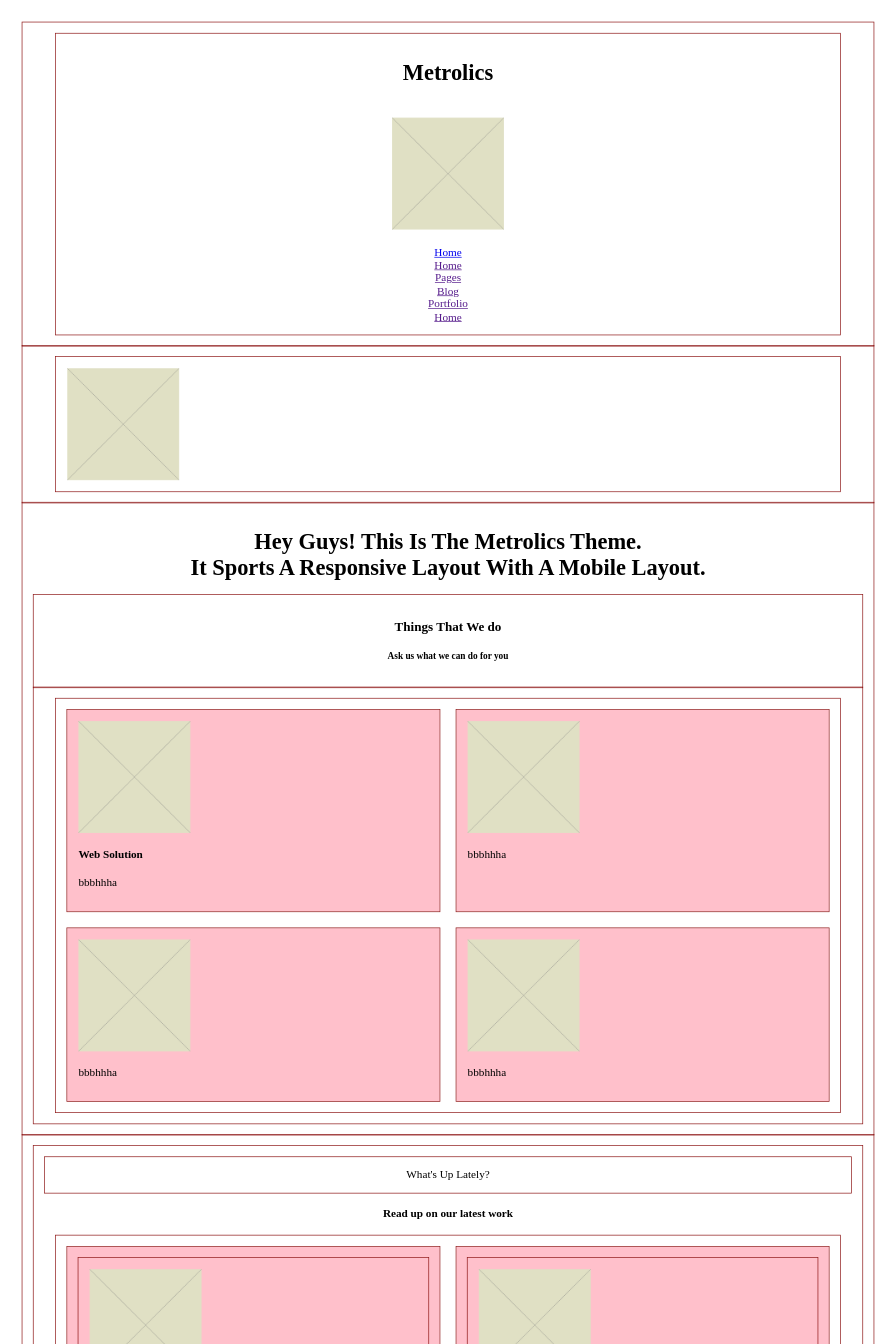
Repository: kionale/Project1_Lab3_ResponsiveLayout
Page: index.html
These files come from the project's save history. The page is drawn as it stood at one moment and after the next save; the edit follows.
The browser window is 1280 px wide. The pictures show the part of the page from y = 0 to 1920 px (the page is 6318 px tall before and 6211 px after), at 70% of full size.

Above is the page before, as saved 2023-01-31 17:12:19.

### index.html
<!doctype html>
<html class="no-js" lang="">

<head>
  <meta charset="utf-8">
  <title></title>
  <meta name="description" content="">
  <meta name="viewport" content="width=device-width, initial-scale=1">

  <meta property="og:title" content="">
  <meta property="og:type" content="">
  <meta property="og:url" content="">
  <meta property="og:image" content="">

  <link rel="manifest" href="site.webmanifest">
  <link rel="apple-touch-icon" href="icon.png">
  <!-- Place favicon.ico in the root directory -->

  <link rel="stylesheet" href="css/normalize.css">
  <link rel="stylesheet" href="css/main.css">

  <meta name="theme-color" content="#fafafa">
</head>


<body class="page page-home">
  <header class="header page__header">
    <div class="row">
      <h1>Metrolics</h1>
      <a href=""><img src="img/placeholder.png"></a>
      <nav class="navbar-links">
        <ul>
          <a href="#">
            <li>Home</li>
          </a>
          <a href="">
            <li>Home</li>
          </a>
          <a href="">
            <li>Pages</li>
          </a>
          <a href="">
            <li>Blog</li>
          </a>
          <a href="">
            <li>Portfolio</li>
          </a>
          <a href="">
            <li>Home</li>
          </a>
        </ul>
      </nav>
    </div>

  </header>

  <div class="page__slider">
    <div class="row slides">
      <img src="img/placeholder.png" alt="">
    </div>
  </div>
  </div>

  <div class="page__intro">
    <h1 class="header page__heading">
      Hey guys! This is the <span>Metrolics</span> theme.<br>
      It sports a responsive layout with a mobile layout.
    </h1>
    <div class="subheading page_subheading">
      <h3>
        Things That We do
      </h3>
      <h5>Ask us what we can do for you</h5>

    </div>
    <div class="feature__service">
      <div class="row m-col-2 l-col-4">
        <div class="col">
          <img class="feature__servic__images" src="img/placeholder.png" alt="">
          <h4 class="heading feature__servic__title">Web Solution</h4>
          <p class="feature__servic__content">
            bbbhhha
          </p>
        </div>
        <div class="col">
          <img class="feature__servic__images" src="img/placeholder.png" alt="">
          <h4 class="heading feature__servic__title"></h4>
          <p class="feature__servic__content">
            bbbhhha
          </p>
        </div>
        <div class="col">
          <img class="feature__servic__images" src="img/placeholder.png" alt="">
          <h4 class="heading feature__servic__title"></h4>
          <p class="feature__servic__content">
            bbbhhha
          </p>
        </div>
        <div class="col">
          <img class="feature__servic__images" src="img/placeholder.png" alt="">
          <h4 class="heading feature__servic__title"></h4>
          <p class="feature__servic__content">
            bbbhhha
          </p>
        </div>


      </div>
    </div>
  </div>

  <!-- Main content starts here -->
  <main class="page__main">
    <section class="recent__work">
      <header class="header post__header">What's up lately?</header>
      <h4 class="subheading">Read up on our latest work</h4>
      <div class="row m-col-2 l-col-3">
        <div class="col">
          <div>
            <img src="img/placeholder.png" alt="">
            <header class="header recent__work__title">Sample image post</header><br>
            <p>Photography</p>
          </div>
        </div>
        <div class="col">
          <div>
            <img src="img/placeholder.png" alt="">
            <header class="header recent__work__title">Sample image post</header><br>
            <p>Photography</p>
          </div>
        </div>
        <div class="col">
          <div>
            <img src="" alt="">
            <header class="header recent__work__title">Sample image post</header><br>
            <p>Photography</p>
          </div>
        </div>
        <div class="col">
          <div>
            <img src="img/placeholder.png" alt="">
            <header class="header recent__work__title">Sample image post</header><br>
            <p>Photography</p>
          </div>
        </div>
      </div>
    </section>
    <!-- Our Latest Projests -->
    <section class="latest__projects">
      <header class="header latest__projects__header">Our Latest Projects</header>
      <h4 class="subheading">Client happy? We are happy</h4>
      <div class="row m-col-2 l-col-3">
        <div class="col">
          <div>
            <img src="img/placeholder.png" alt="">
            <header class="header latest__project__image">1 Sample image post</header><br>
            <p>1 Photography</p>
          </div>
        </div>
        <div class="col">
          <div>
            <img src="img/placeholder.png" alt="">
            <header class="header latest__project__image">2 Sample image post</header><br>
            <p>2 Photography</p>
          </div>
        </div>
        <div class="col">
          <div>
            <img src="img/placeholder.png" alt="">
            <header class="header latest__project__image">3 Sample image post</header><br>
            <p>3 Photography</p>
          </div>
        </div>
        <div class="col">
          <div>
            <img src="img/placeholder.png" alt="">
            <header class="header latest__project__image">4 Sample image post</header><br>
            <p>4 Photography</p>
          </div>
        </div>
        <div class="col">
          <div>
            <img src="img/placeholder.png" alt="">
            <header class="header latest__project__image">5 Sample image post</header><br>
            <p>5 Photography</p>
          </div>
        </div>
        <div class="col">
          <div>
            <img src="img/placeholder.png" alt="">
            <header class="header latest__project__image">6 Sample image post</header><br>
            <p>6 Photography</p>
          </div>
        </div>
      </div>
    </section>
    <!--Things of Above-->
    <section class="things__of__above">
      <header class="header things__header">Things of above</header>
      <h4 class="subheading">Misc stuff we could not put anywhere else</h4>
      <div class="row m-col-2 l-col-3">
        <div>
          <div class="col">
            <div class="sample__menu things_above_image">Accordion Menu Goes Here
            </div>
            <div class="web__solution">
              <p>Image</p>
              <div>
                <p>Lorem ipsum dolor, sit amet consectetur adipisicing elit. Officiis, distinctio voluptates ipsam hic
                  id
                  culpa illo suscipit voluptatem quam temporibus quo ducimus consectetur alias a inventore corporis quae
                  animi sit?</p>
              </div>
            </div>
          </div>
          <div class="menu__button">
            <div class="col_two sample__menu things__above__image">Sample Accordion Menu
            </div>
          </div>
          <div class="menu__button">
            <div class="col_two sample__menu things__above__image">2 Sample Accordion Menu
            </div>
          </div>
        </div>
        <div class="col">
          <div class="tab__buttons">
            <p>Tabs Go Here</p>
          </div>
          <div class="tab__information">
            <div>
              Image
            </div>
            <p>Lorem ipsum dolor sit amet consectetur adipisicing elit. Asperiores autem explicabo.</p>
          </div>
          <div class="tab__information">
            <div>
              Image
            </div>
            <p>Lorem ipsum dolor sit amet consectetur adipisicing elit. Asperiores autem explicabo.</p>
          </div>
          <div class="tab__information">
            <div>
              Image
            </div>
            <p>Lorem ipsum dolor sit amet consectetur adipisicing elit. Asperiores autem explicabo.</p>
          </div>
          <div class="tab__information">
            <div>
              Image
            </div>
            <p>Lorem ipsum dolor sit amet consectetur adipisicing elit. Asperiores autem explicabo.</p>
          </div>
        </div>
      </div>
      <!--Sponsors-->
      <div class="sponsors">
        <img src="img/placeholder.png" alt="" class="sponsors__icon">
        <img src="img/placeholder.png" alt="" class="sponsors__icon">
        <img src="img/placeholder.png" alt="" class="sponsors__icon">
        <img src="img/placeholder.png" alt="" class="sponsors__icon">
        <img src="img/placeholder.png" alt="" class="sponsors__icon">

    </section>
  </main>
  <!--Footer-->
  <footer>
    <div class="web__author">
      <div>
        <img src="img/placeholder.png" alt="">
      </div>
      <div>
        <h4>Peewee Herman</h4>
        <p>Lorem ipsum dolor, sit amet consectetur adipisicing elit. Officiis, distinctio voluptates ipsam hic
          id
          culpa illo suscipit voluptatem quam temporibus quo ducimus consectetur alias a inventore corporis quae
          animi sit?</p>
      </div>
    </div>
    <div class="footer__extras">
      <div>
        <div>
          <h4>About Us</h4>
          <p>Lorem ipsum dolor, sit amet consectetur adipisicing elit. Officiis, distinctio voluptates ipsam hic
            id
            culpa illo suscipit voluptatem quam temporibus quo ducimus consectetur alias a inventore corporis quae
            animi sit?</p>
        </div>
        <div class="social__link">
          <a href="" class="social__icon">
            <li>Facebook</li>
          </a>
          <a href="" class="social__icon">
            <li>Google</li>
          </a>
          <a href="" class="social__icon">
            <li>Twitter</li>
          </a>
          <a href="" class="social__icon">
            <li>Instagram</li>
          </a>
          <a href="" class="social__icon">
            <li>Volume</li>
          </a>
        </div>
      </div>

      <div>
        <h4>Flickr Photos</h4>
        <img src="img/placeholder.png" alt="">
        <img src="img/placeholder.png" alt="">
        <img src="img/placeholder.png" alt="">
        <img src="img/placeholder.png" alt="">
        <img src="img/placeholder.png" alt="">
        <img src="img/placeholder.png" alt="">
      </div>
      <div>
        <h4>Recent Tweets</h4>
        <div class="recent__tweets">
          <div>
            <img src="img/placeholder.png" alt="">
          </div>
          <div>
            <h4>Peewee Herman</h4>
            <p>Lorem ipsum dolor, sit amet consectetur adipisicing elit. Officiis, distinctio voluptates ipsam hic
              id
              culpa illo suscipit voluptatem quam temporibus quo ducimus consectetur alias a inventore corporis quae
              animi sit?</p>
          </div>
        </div>
        <div class="recent__tweets">
          <div>
            <img src="img/placeholder.png" alt="">
          </div>
          <div>
            <h4>Peewee Herman</h4>
            <p>Lorem ipsum dolor, sit amet consectetur adipisicing elit. Officiis, distinctio voluptates ipsam hic
              id
              culpa illo suscipit voluptatem quam temporibus quo ducimus consectetur alias a inventore corporis quae
              animi sit?</p>
          </div>
        </div>
      </div>
      <div>
        <h4>Newsletter</h4>
        <p>Lorem ipsum dolor, sit amet consectetur adipisicing elit. Officiis, distinctio voluptates ipsam hic
          id
          culpa illo suscipit voluptatem quam temporibus quo ducimus consectetur alias a inventore corporis quae
          animi sit?</p>
        <div class="col_two sample__menu things__above__image">Enter your email...
          <button>+</button>
        </div>
      </div>
    </div>
  </footer>


  <script src="js/vendor/modernizr-3.11.2.min.js"></script>
  <script src="js/plugins.js"></script>
  <script src="js/main.js"></script>

  <!-- Google Analytics: change UA-XXXXX-Y to be your site's ID. -->
  <script>
    window.ga = function () { ga.q.push(arguments) }; ga.q = []; ga.l = +new Date;
    ga('create', 'UA-XXXXX-Y', 'auto'); ga('set', 'anonymizeIp', true); ga('set', 'transport', 'beacon'); ga('send', 'pageview')
  </script>
  <script src="https://www.google-analytics.com/analytics.js" async></script>
</body>

</html>

### css/main.css
::-moz-selection {
  background: #b3d4fc;
  text-shadow: none;
}

::selection {
  background: #b3d4fc;
  text-shadow: none;
}

/*
 * A better looking default horizontal rule
 */

hr {
  display: block;
  height: 1px;
  border: 0;
  border-top: 1px solid #ccc;
  margin: 1em 0;
  padding: 0;
}

audio,
canvas,
iframe,
img,
svg,
video {
  vertical-align: middle;
}

/*
 * Remove default fieldset styles.
 */

fieldset {
  border: 0;
  margin: 0;
  padding: 0;
}

/*
 * Allow only vertical resizing of textareas.
 */

textarea {
  resize: vertical;
}

*,
*::before,
*::after {
  box-sizing: border-box;
}

div,
main,
section,
header,
footer {
  outline: 1px solid rgb(142, 24, 24);
  min-height: 1rem;
  padding: 1rem;
}

.page {
  margin: 0 auto;
  padding: 2rem;
}

.header {
  text-transform: capitalize;
  text-align: center;
}

.subheading {
  text-align: center;
}

ul,
li {
  padding: 0;
  margin: 0;
  list-style: none;
}

.row {
  display: grid;
  row-gap: 1rem;
}

.row_two {
  display: grid;
  row-gap: 1rem;
}

.col {
  position: relative;
  background-color: pink;
}

.col_two {
  background-color: pink;
  height: 6rem;
}

button {
  height: 4rem;
  width: 4rem;
}

/* medium screens and up  */
@media screen and (min-width: 40em) {
  .row {
    max-width: 70rem;
    column-gap: 1.5rem;
    row-gap: 1.5rem;
    margin: 0 auto;
  }



  .m-col-2 {
    grid-template-columns: 1fr 1fr;
  }

  .l-col-3 {
    grid-template-columns: (3, 1fr);
  }

}


.examples {
  display: flex;
  justify-content: space-around;
}

.sample__menu {
  display: flex;
  justify-content: space-between;
}

.web__solution {
  display: flex;
}

.web__author {
  display: flex;
}

.recent__tweets {
  display: flex;
}


.tab__information {
  display: flex;
}

.sponsors {
  display: flex;
  justify-content: space-around;
  height: 10rem;
}

.sponsors__icon {
  background-color: lightgray;
}

.social__link {
  display: flex;
}

.social__icon {
  margin: 0.5rem;
}

.footer__extras {
  display: flex;
  flex-direction: row;
}

img{
  width: 10rem;
}

### js/plugins.js
// Avoid `console` errors in browsers that lack a console.
(function() {
  var method;
  var noop = function () {};
  var methods = [
    'assert', 'clear', 'count', 'debug', 'dir', 'dirxml', 'error',
    'exception', 'group', 'groupCollapsed', 'groupEnd', 'info', 'log',
    'markTimeline', 'profile', 'profileEnd', 'table', 'time', 'timeEnd',
    'timeline', 'timelineEnd', 'timeStamp', 'trace', 'warn'
  ];
  var length = methods.length;
  var console = (window.console = window.console || {});

  while (length--) {
    method = methods[length];

    // Only stub undefined methods.
    if (!console[method]) {
      console[method] = noop;
    }
  }
}());

// Place any jQuery/helper plugins in here.

Loaded but not shown: css/normalize.css (library); js/vendor/modernizr-3.11.2.min.js (library); js/main.js (no stored copy; drawn as an empty file)

After the next save:
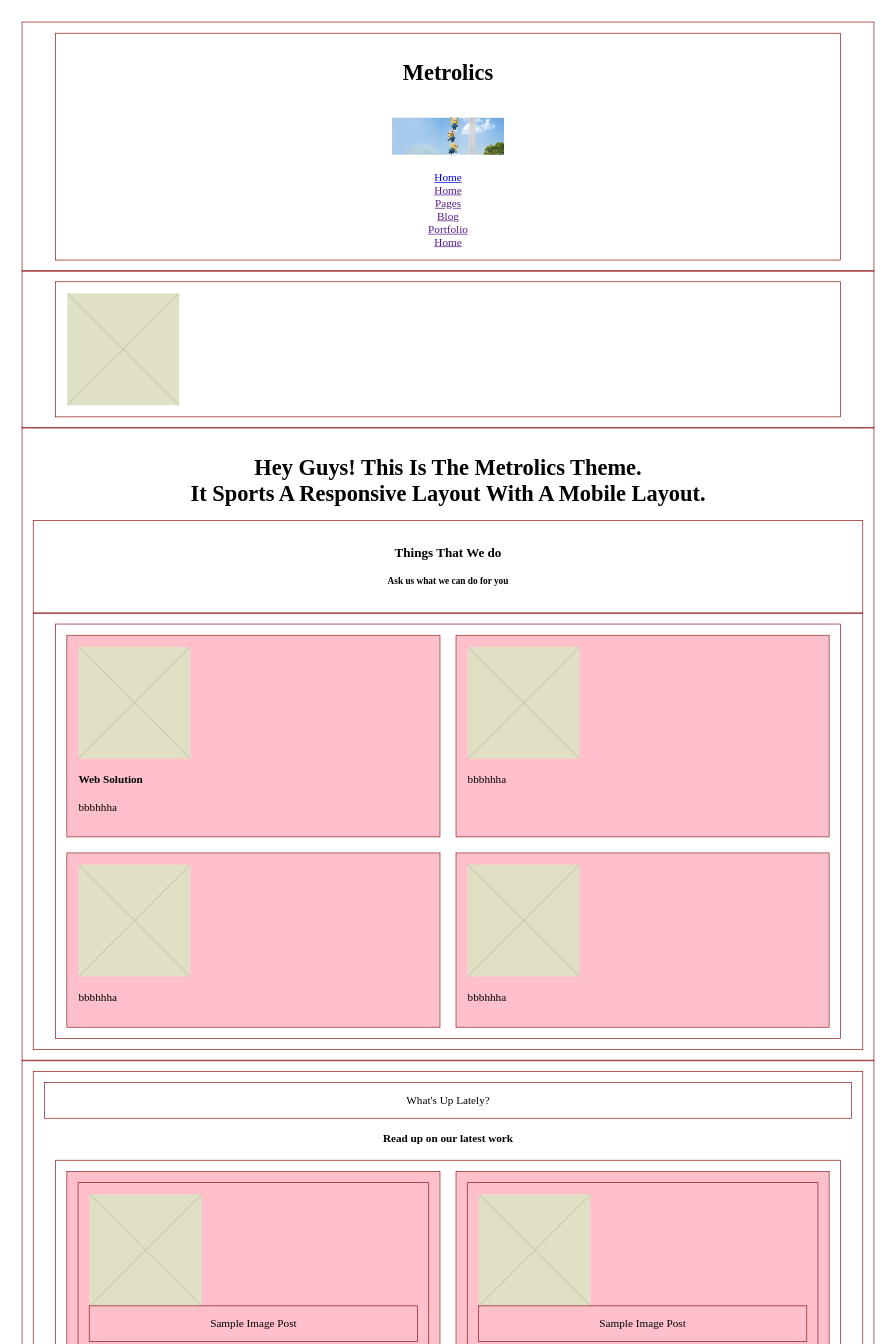
Saved 18 s later.
--- a/index.html
+++ b/index.html
@@ -27,7 +27,7 @@
   <header class="header page__header">
     <div class="row">
       <h1>Metrolics</h1>
-      <a href=""><img src="img/placeholder.png"></a>
+      <a href=""><img src="img/minions.png"></a>
       <nav class="navbar-links">
         <ul>
           <a href="#">
